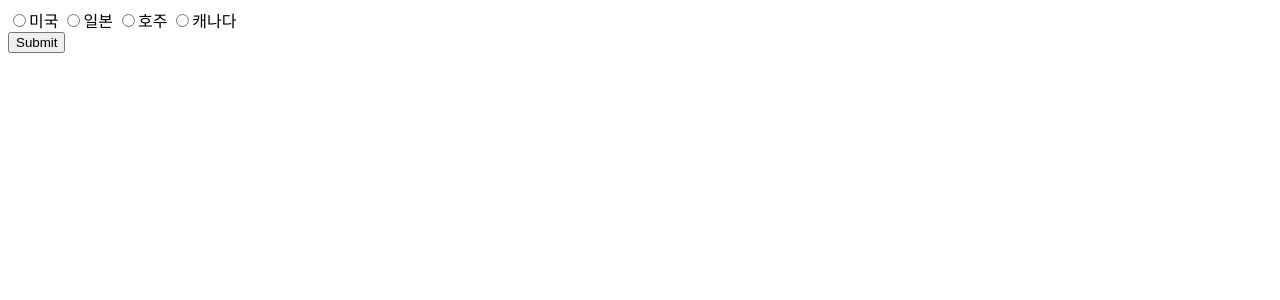
Repository: Yingjae/jsp_practice
Page: http://localhost/JSPBasic/JspObject/2.response/travel_main.jsp
The author's editor kept a copy of each file at every save. The page is drawn from the files as they stood at one save, then again after the next save.
The browser window is 1280 px wide. The pictures show the whole page.
The page is served by Tomcat 9.

Above is the page before, as saved 2022-02-04 03:44:03.

After the next save:
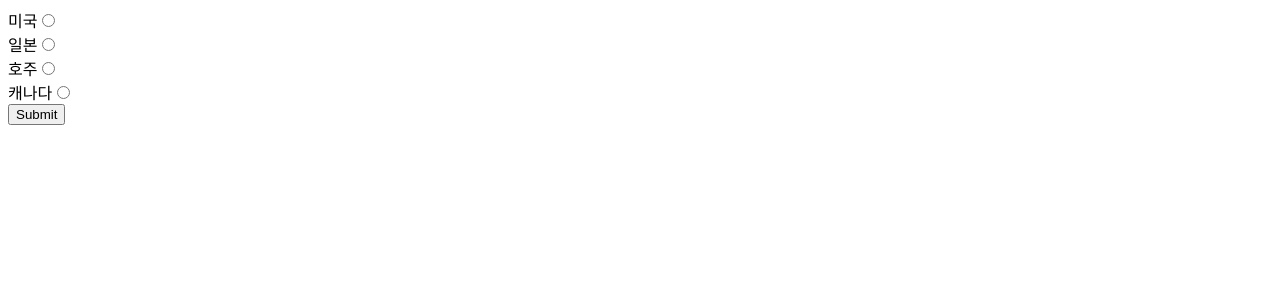
Saved 3 min 2 s later.
--- a/JSPBasic/src/main/webapp/JspObject/2.response/travel_main.jsp
+++ b/JSPBasic/src/main/webapp/JspObject/2.response/travel_main.jsp
@@ -15,11 +15,12 @@
 
 		submit 버튼도 하나 만들어주세요.
 	 --%>
+
 	 <form action="travel_check.jsp" method="post">
-	 	<input type="radio" name="spot" value="USA" />미국
-	 	<input type="radio" name="spot" value="Japan" />일본
-	 	<input type="radio" name="spot" value="Austrailia" />호주
-	 	<input type="radio" name="spot" value="Canada" />캐나다<br/>
+	 	미국<input type="radio" name="spot" value="USA" /><br/>
+	 	일본<input type="radio" name="spot" value="Japan" /><br/>
+	 	호주<input type="radio" name="spot" value="Austrailia" /><br/>
+	 	캐나다<input type="radio" name="spot" value="Canada" /><br/>
 	 	<input type="submit" />
 	 </form>
 </body>
